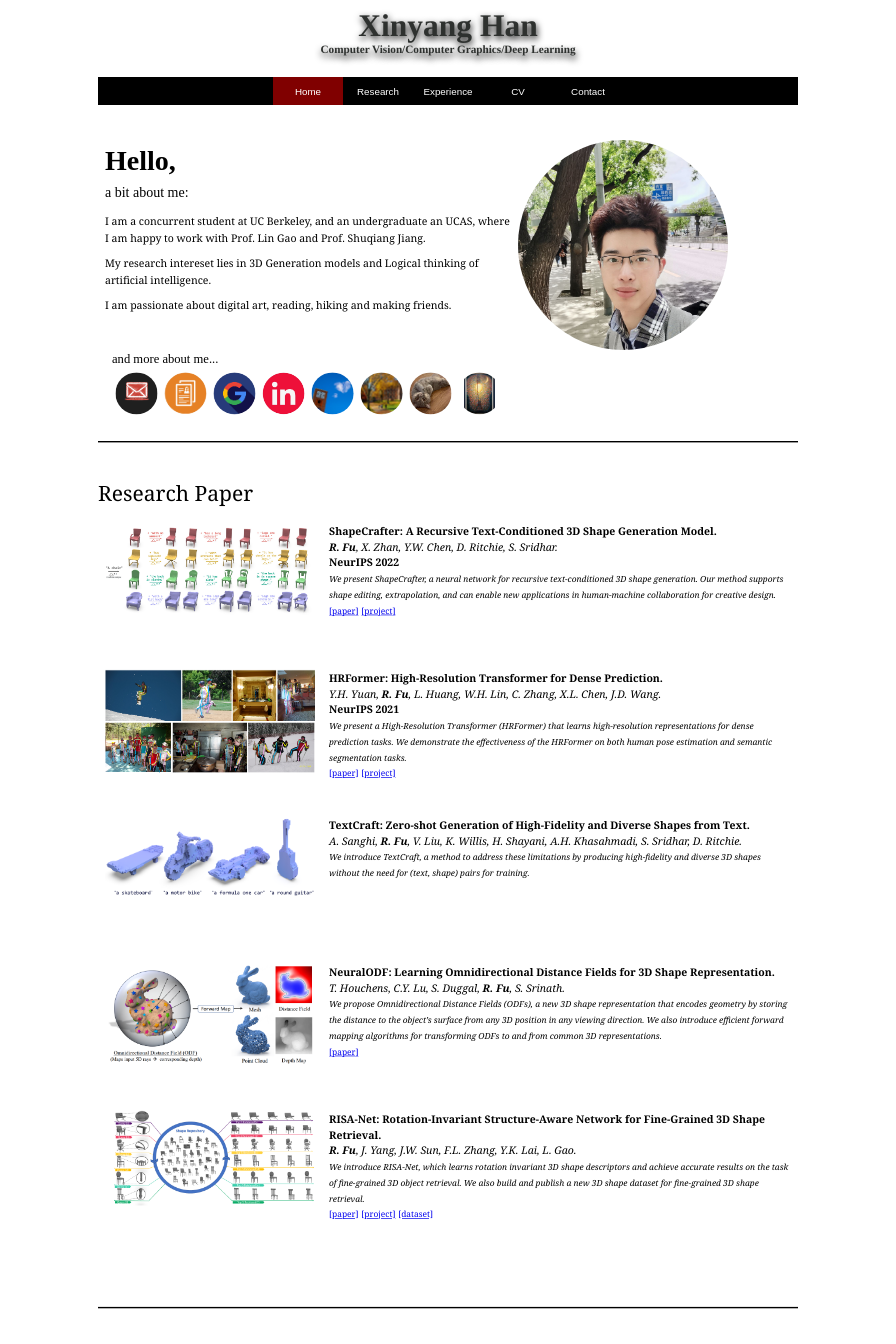
Repository: XinyangHan/XinyangHan.github.io
Page: index.html
These files come from the project's save history. The page is drawn as it stood at one moment and after the next save; the edit follows.
The browser window is 1280 px wide. The pictures show the part of the page from y = 0 to 1920 px (the page is 4103 px tall), at 70% of full size.

Above is the page before, as saved 2023-02-11 13:17:25.

### index.html
<!DOCTYPE html>
<html>

<head>
	<meta charset="utf-8">
	<meta name="keywords" content="Rao FU, Rao FU, Rao Fu Homepage, Rao Fu Webpage, Rao Fu UCAS, Rao Fu Brown">
	<meta name="description" content="Rao FU's homepage">
	<meta name="viewport" content="width=device-width, initial-scale=1">
	<title>Rao FU | Homepage</title>
	<link href="style.css" rel="stylesheet" />
	<style>
	</style>



</head>

<body>
<!-------------------------------------------------- Header -------------------------------------------------->
<div id="header">
	<h1> Xinyang Han </h1>
	<h2>Computer Vision/Computer Graphics/Deep Learning</h2>
</div><!-- Header -->

<!-------------------------------------------------- Navbar -------------------------------------------------->
<div id="nav-wrapper">
<div id="nav">
			<button class="btn active" onclick="window.location.href = './index.html#content_home';">Home</button>
			<button class="btn" onclick="window.location.href = './index.html#content_project';">Research</button>
			<button class="btn" onclick="window.location.href = './index.html#content_exp';">Experience</button>
			<button class="btn" onclick="window.location.href = './resource/My_CV.pdf'; target='_blank'; ">CV</button>
			<button class="btn" onclick="window.location.href = './index.html#c_contact_biography';">Contact</button>
			<!-- <a href="./index.html#content_home" class="active">Home</a>  -->
			<!-- <a href="./index.html#content_project">Research</a> -->
			<!-- <a href="./index.html#content_exp">Experience</a> -->
			<!-- <a href="./resource/MY_CV.pdf">CV</a> -->
			<!-- <a href="./index.html#c_contact_biography">Contact</a> -->
</div> <!-- #nav -->
</div>

<!-------------------------------------------------- Script -------------------------------------------------->
<script>
	// Get the container element
	var btnContainer = document.getElementById("nav");

	// Get all buttons with class="btn" inside the container
	var btns = btnContainer.getElementsByClassName("btn");

	// Loop through the buttons and add the active class to the current/clicked button
	for (var i = 0; i < btns.length; i++) {
	btns[i].addEventListener("click", function() {
		var current = document.getElementsByClassName("active");
		current[0].className = current[0].className.replace(" active", "");
		this.className += " active";
	});
	}
</script>

<!-------------------------------------------------- Content Home-------------------------------------------------->
<div class="content"  id="content_home">

	<div class="c_home_wrapper">
		<div id="c_biography">
			<strong id="c_font1">Hello,</strong><br>
			<span class="c_font2">a bit about me:</span><br>
			<p class="c_font3">
				I am a concurrent student at UC Berkeley, and an undergraduate an UCAS, where I am happy to work with Prof. Lin Gao and Prof. Shuqiang Jiang.
			</p>
			<p class="c_font3">
				My research intereset lies in 3D Generation models and Logical thinking of artificial intelligence.
			</p>
			<p class="c_font3">
				I am passionate about digital art, reading, hiking and making friends.
			</p>
		</div>

		<div id="c_profile">
			<div class="c_thumbnail">
				<img src="img/selfie.jpg" id="buttons" alt="profile_button" >
				<div class="overlay">
					<p>
						勿戳！<br>
						Don't poke my cheeks!<br>
						¡no me toques las mejillas! <br>
						मेरे गाल मत दबाओ! <br>
						আমার গালে খোঁচা দিও না! <br>
						não cutuque minhas bochechas! <br>
						не тыкай меня в щеки! <br>
						私の頬をつつかないで！ <br>
						ਮੇਰੀਆਂ ਗੱਲ੍ਹਾਂ ਨੂੰ ਨਾ ਮਾਰੋ! <br>
						唔好戳我嘅脸颊！<br>
						đừng chọc má tôi!<br>
						నా బుగ్గలు కుట్టకు!<br>
						yanaklarımı dürtme!<br>
						내 뺨을 찌르지 마! <br>
						ne touchez pas mes joues!<br>
						stoß mir nicht in die Wangen!<br>
						என் கன்னங்களை குத்தாதே!<br>
						میرے گالوں کو مت مارو!<br>
						ojo nyocot pipiku!<br>
						non toccarmi le guance!<br>
						لا تكز خدي!<br>
					</p>
				</div>
			</div>
		</div>

		<div id="c_info">
			<!-- <strong id="c_font4">And more</strong><br>
			<strong id="c_font4">about me</strong><br> -->
			<span class="c_font2_1"> and more about me... </span><br>
			<!-- CONTENT TODO -->
			<div class="thumbnail">
				<img src="img/email_icon.jpg" id="button0" alt="email_button" >
				<div class="overlay" onclick="window.location.href = 'mailto:rao_fu@brown.edu';" >
					<p>Email to<br>Say Hi</p>
				</div>
			</div> <!-- .thumbnail -->


			<div class="thumbnail">
				<img src="img/cv_icon.jpg" id="button1" alt="cv_button" >
				<div class="overlay"  onclick="window.location.href='./resource/My_CV.pdf'; " >
					<p>CV/<br>Resume</p>
				</div>
			</div> <!-- .thumbnail -->

			<div class="thumbnail">
				<img src="img/gs_icon.png" id="button2" alt="google_button" >
				<div class="overlay" onclick="window.location.href = 'https://scholar.google.com/citations?hl=en&user=VWMWQEcAAAAJ';" >
					<p>Google<br>Scholar</p>
				</div>
			</div> <!-- .thumbnail -->

			<div class="thumbnail">
				<img src="img/linkedin_icon.png" id="button3" alt="lkin_icon" >
				<div class="overlay" onclick="window.location.href = 'https://www.linkedin.com/in/rao-fu-245269210/';" >
					<p>LinkedIn<br>Profile</p>
				</div>
			</div> <!-- .thumbnail -->

			<div class="thumbnail">
				<img src="img/ucas_button.png" id="button4" alt="ucas_button" >
				<div class="overlay" onclick="window.location.href = 'https://en.wikipedia.org/wiki/University_of_the_Chinese_Academy_of_Sciences/';" >
					<p>B.E.@<br>UCAS</p>
				</div>
			</div> <!-- .thumbnail -->

			<div class="thumbnail">
				<img src="img/Brown_icon.jpg" id="button5" alt="brown_button">
				<div class="overlay" onclick="window.location.href = 'https://www.usc.edu/';" >
					<p>Ph.D.@<br>Brown
					</p>
				</div>
			</div> <!-- .thumbnail -->

			<div class="thumbnail">
				<img src="img/cat_icon.jpg" id="button6" alt="cat_button">
				<div class="overlay" onclick="window.location.href = 'https://instagram.com/inocchi_mew?r=nametag';" >
					<p>My Cat<br>Inocchi
					</p>
				</div>
			</div> <!-- .thumbnail -->

			<div class="thumbnail">
				<img src="img/art_icon.jpg" id="button6" alt="art_button">
				<div class="overlay" onclick="window.location.href = './index.html#content_home';" >
					<p>Arts<br>Todo...</p>
				</div>
			</div> <!-- .thumbnail -->

		</div>
	</div><!-- Home Wrapper-->

	<div class="clearfloat"></div>
</div><!-- Content Home-->

<!-------------------------------------------------- Content Project -------------------------------------------------->
<div class="content">

	<div class="c_public_wrapper" id="content_project">
		<div class="c_font1_1">Research Paper</div>
		<div class="c_public">
			<div class="disp_wrapper">
				<!-- <a href="./img/HRFormer.png" data-lightbox="project1" data-title="HRFormer2 Structure"> -->
					<img src="./img/project_shapecrafter.jpg" class="project_img" title="ShapeCrafter Structure">
				<!-- </a> -->
				<!-- <p class="small_font">click image for details</p> -->
			</div>
			<strong>ShapeCrafter: A Recursive Text-Conditioned 3D Shape Generation Model.</strong>
			<br><em><strong>R. Fu</strong>, X. Zhan, Y.W. Chen, D. Ritchie, S. Sridhar. </em>
			<br><strong>NeurIPS 2022</strong></em>
			<br><em class="small_font">We present ShapeCrafter, a neural network for recursive text-conditioned 3D shape generation.
				Our method supports shape editing, extrapolation, and can enable new applications in human-machine collaboration for creative design.</em>
			<br><a href="https://arxiv.org/abs/2207.09446" class="small_font">[paper]</a>
			<a href="https://ivl.brown.edu/projects/shapecrafter" class="small_font">[project]</a>
		</div>

		<div class="c_public">
			<div class="disp_wrapper">
				<!-- <a href="./img/project_hrformer.png" data-lightbox="project1" data-title="HRFormer2 Structure"> -->
					<img src="./img/project_hrformer.png" class="project_img" title="HRFormer2 Structure">
				<!-- </a> -->
				<!-- <p class="small_font">click image for details</p> -->
			</div>
			<strong>HRFormer: High-Resolution Transformer for Dense Prediction.</strong>
			<br><em>Y.H. Yuan, <strong>R. Fu</strong>, L. Huang, W.H. Lin, C. Zhang, X.L. Chen, J.D. Wang. </em>
			<br><strong>NeurIPS 2021</strong></em>
			<br><em class="small_font">We present a High-Resolution Transformer (HRFormer) that learns high-resolution
				representations for dense prediction tasks. We demonstrate the effectiveness
				of the HRFormer on both human pose estimation and semantic segmentation tasks.</em>
			<br><a href="https://arxiv.org/abs/2110.09408" class="small_font">[paper]</a>
			<a href="https://github.com/HRNet/HRFormer" class="small_font">[project]</a>
		</div>

		<div class="c_public">
			<div class="disp_wrapper">
				<!-- <a href="./img/HRFormer.png" data-lightbox="project1" data-title="HRFormer2 Structure"> -->
					<img src="./img/project_textcraft.png" class="project_img" title="TextCraft Structure">
				<!-- </a> -->
				<!-- <p class="small_font">click image for details</p> -->
			</div>
			<strong>TextCraft: Zero-shot Generation of High-Fidelity and Diverse Shapes from Text.</strong>
			<br><em>A. Sanghi, <strong>R. Fu</strong>, V. Liu, K. Willis,  H. Shayani, A.H. Khasahmadi, S. Sridhar, D. Ritchie. </em>
			<!-- <br><strong>CoRR</strong></em> -->
			<br><em class="small_font">We introduce TextCraft, a method to address these limitations by producing high-fidelity
				and diverse 3D shapes without the need for (text, shape) pairs for training.</em>
			<!-- <br><a href="https://arxiv.org/pdf/2206.05837" class="small_font">[paper]</a> -->
		</div>

		<div class="c_public">
			<div class="disp_wrapper">
				<!-- <a href="./img/HRFormer.png" data-lightbox="project1" data-title="HRFormer2 Structure"> -->
					<img src="./img/project_odf.jpg" class="project_img" title="ODF Structure">
				<!-- </a> -->
				<!-- <p class="small_font">click image for details</p> -->
			</div>
			<strong>NeuralODF: Learning Omnidirectional Distance Fields for 3D Shape Representation.</strong>
			<br><em>T. Houchens, C.Y. Lu, S. Duggal, <strong>R. Fu</strong>, S. Srinath. </em>
			<!-- <br><strong>CoRR</strong></em> -->
			<br><em class="small_font">We propose Omnidirectional Distance Fields (ODFs), a new 3D shape representation
				that encodes geometry by storing the distance to the object’s surface from any 3D position in any
				viewing direction. We also introduce efficient forward mapping algorithms for transforming ODFs to and
				from common 3D representations.</em>
			<br><a href="https://arxiv.org/pdf/2206.05837" class="small_font">[paper]</a>
		</div>

		<div class="c_public">
				<div class="disp_wrapper">
					<!-- <a href="./img/project_risanet.png" data-lightbox="project1" data-title="RISA-Net Structure"> -->
						<img src="./img/project_risanet.png" class="project_img" title="RISA-Net Structure">
					<!-- </a> -->
					<!-- <p class="small_font">click image for details</p> -->
				</div>
				<strong>RISA-Net: Rotation-Invariant Structure-Aware Network for Fine-Grained 3D Shape Retrieval.</strong>
				<br><em><strong>R. Fu</strong>, J. Yang, J.W. Sun, F.L. Zhang, Y.K. Lai, L. Gao. </em>
				<!-- <br><em>CoRR </em> -->
				<br><em class="small_font">We introduce RISA-Net, which learns rotation invariant
					3D shape descriptors and achieve accurate results on the task of fine-grained 3D object retrieval. We also build and publish
					a new 3D shape dataset for fine-grained 3D shape retrieval.</em>
				<br><a href="https://arxiv.org/abs/2010.00973" class="small_font">[paper]</a>
				<a href="https://github.com/IGLICT/RisaNET" class="small_font">[project]</a>
				<a href="https://drive.google.com/drive/folders/1BpwtlhrYfR5xGcXGoYFjo9bQFtw4nFvP" class="small_font">[dataset]</a>

		</div>
	</div>
	<div class="clearfloat"></div>
</div><!-- Content Project-->

<!-------------------------------------------------- Content Experiment-------------------------------------------------->
<div class="content">

	<div class="c_education_wrapper" id="content_exp">
		<div class="c_font1_1">Education</div>

		<div class="c_education">
			<strong>BROWN UNIVERSITY</strong>
			<em class="dates">Sept.2021 – Present</em>
			<div class="clearfloat"></div>
			<div class="logo_wrapper">
				<img class="schoollogo" src="./img/brown_logo.png" alt="BROWN Logo" />
			</div>
			<ul>
			<li>Title: Computer Science Ph.D. Student</li>
			<li>Concentration: Vision, Graphics and Robotics</li>
			</ul>
		</div>

		<div class="c_education">
			<strong>UNIVERSITY OF CHINESE ACADEMY OF SCIENCES</strong>
			<em class="dates">Sept. 2017-Jul. 2021</em>
			<div class="clearfloat"></div>
			<div class="logo_wrapper">
				<img class="schoollogo" src="./img/cas_logo.jpg" alt="CAS Logo" />
			</div>
			<ul>
			<li>Degree: Bachelor of Computer Science.</li>
			<li>GPA: 3.72/4.00.</li>
			<li>Core GPA: 3.82/4.00.</li>
			<li><em>Outstanding Thesis Awards.</em> </li>
			<li><em></em>National Inspirational Scholarship(5%).</em></li>
			</ul>
		</div>

		<div class="c_education">
			<strong>UNIVERSITY OF SOUTHERN CALIFORNIA</strong>
			<em class="dates">Jan. 2020-May. 2020</em>
			<div class="clearfloat"></div>
			<div class="logo_wrapper">
				<img class="schoollogo" src="./img/usc_logo.png" alt="USC Logo" />
			</div>
			<ul>
			<li>Title: Visiting Student.</li>
			<li>GPA: 4.00/4.00.</li>
			</ul>

		</div>

		<div class="c_education">
			<strong>BEIJING NATIONAL DAY SCHOOL</strong>
			<em class="dates">Sept. 2011-Jul. 2017</em>
			<div class="clearfloat"></div>
			<div class="logo_wrapper">
				<img class="schoollogo" src="./img/bnds_logo.png" alt="USC Logo" />
			</div>
			<ul>
			<li>Title: Student.</li>
			<li>GPA: 3.9/4.0.</li>
			</ul>

		</div>
	</div>

	<div class="c_intern_wrapper">
		<div class="c_font1_1">Employment</div>

		<div class="c_intern">
			<strong>Research intern: Autodesk Inc.</strong>
				<em class="dates">May. 2022 – Present</em>
			<br><br><em>Group: AI Lab</em><em class="dates">Toronto, Canada</em>
			<ul>
				<li>Research on Lauguage-guided 3D Shape Generation.</li>
			</ul>
		</div>

		<div class="c_intern">
			<strong>Research intern: Microsoft Research, Asia</strong>
				<em class="dates">Mar. 2021 – July. 2021</em>
			<br><br><em>Group: Speech Group, Visual Computing Group</em><em class="dates">Beijing, China</em>
			<ul>
				<li>Research on High-Resolution Machine Perception Backbone</li>
			</ul>
		</div>

		<div class="c_intern">
			<strong>Research intern: University of California, San Diego</strong>
				<em class="dates">May. 2020 – Nov. 2020</em>
			<br><br><em>Advisor: Prof. Hao Su.</em><em class="dates">San Diego, CA, USA</em>
			<ul>
				<li>Research on Robot Grasping with Two-Finger Grippers.</li>
				<li>Research on Humanoid Robot Grippers.</li>
			</ul>
		</div>

		<div class="c_intern">
				<strong>Research intern: Institute of Computing Technology, CAS.</strong>
					<em class="dates">Jul. 2019 – Nov. 2020</em>
				<br><br><em>Advisor: Prof. Lin Gao</em> <em class="dates">Beijing, China</em>
				<ul>
					<li>Research on Fine-grained 3D Shape Retrieval.</li>
					<li>Research on Talking Head Generation.</li>
				</ul>
		</div>
	</div>

	<div class="clearfloat"></div>

</div><!-- Content Experiment-->

<!-------------------------------------------------- Content Contact-------------------------------------------------->
<div class="content">
	<div class="c_contact_wrapper">
	<!-- 	<div id="c_contact_biography">
			<span class="c_font1_1">Contact me:</span><br>
			<p class="c_font3">
			Email: <a href="mailto:rao_fu@brown.edu">rao_fu@brown.edu</a>
			</p>
			<p class="c_font3">
			Mail: Brown University Box 1910, Providence, RI 02912
			</p>
		</div> -->

		<div id="c_contact_profile">
			<span class="c_font1_1">Buy me a Boba:</span><br>
			<p class="c_font3">
			If you like my homepage and think it's useful, welcome to buy me a Boba via Wechat or Paypal down here:
			</p>
			<div id="c_contact_thumbnail_1">
			</div>
			<div id="c_contact_thumbnail_2">
			</div>
		</div>

		<div class="clearfloat"></div>
	</div><!-- Content Contact Wrapper-->
</div><!-- Content Contact -->


<div class="clearfloat"></div>
<!-------------------------------------------------- Footer -------------------------------------------------->
<div id="footer">
	<!-- <div class="b_thumbnail">
		<img class="b_img" src="img/i3.png" alt="email">
	</div>
	<div class="b_font">
		<a href="mailto:rao_fu@brown.edu">rao_fu@brown.edu</a>
	</div>
	<div class="b_thumbnail">
		<img class="b_img" src="img/i4.png" alt="git">
	</div>
	<div class="b_font">
		<a href="https://github.com/freddierao">github.com/freddierao</a>
	</div>	 -->
	<div class="b_thumbnail">
		<img class="b_img" src="img/i2.png" alt="copyright">
	</div>
	<div class="b_font">
		&copy; 2022 by Rao FU
	</div>
	<div class="clearfloat"></div>
</div><!-- Footer -->
<script>
window.onscroll = function() {myFunction()};

var navbar = document.getElementById("nav-wrapper");
var sticky = navbar.offsetTop;

function myFunction() {
  if (window.pageYOffset >= sticky) {
    navbar.classList.add("sticky")
  } else {
    navbar.classList.remove("sticky");
  }
}
</script>
</body>
</html>

Loaded but not shown: style.css (556 lines, source omitted)

After the next save:
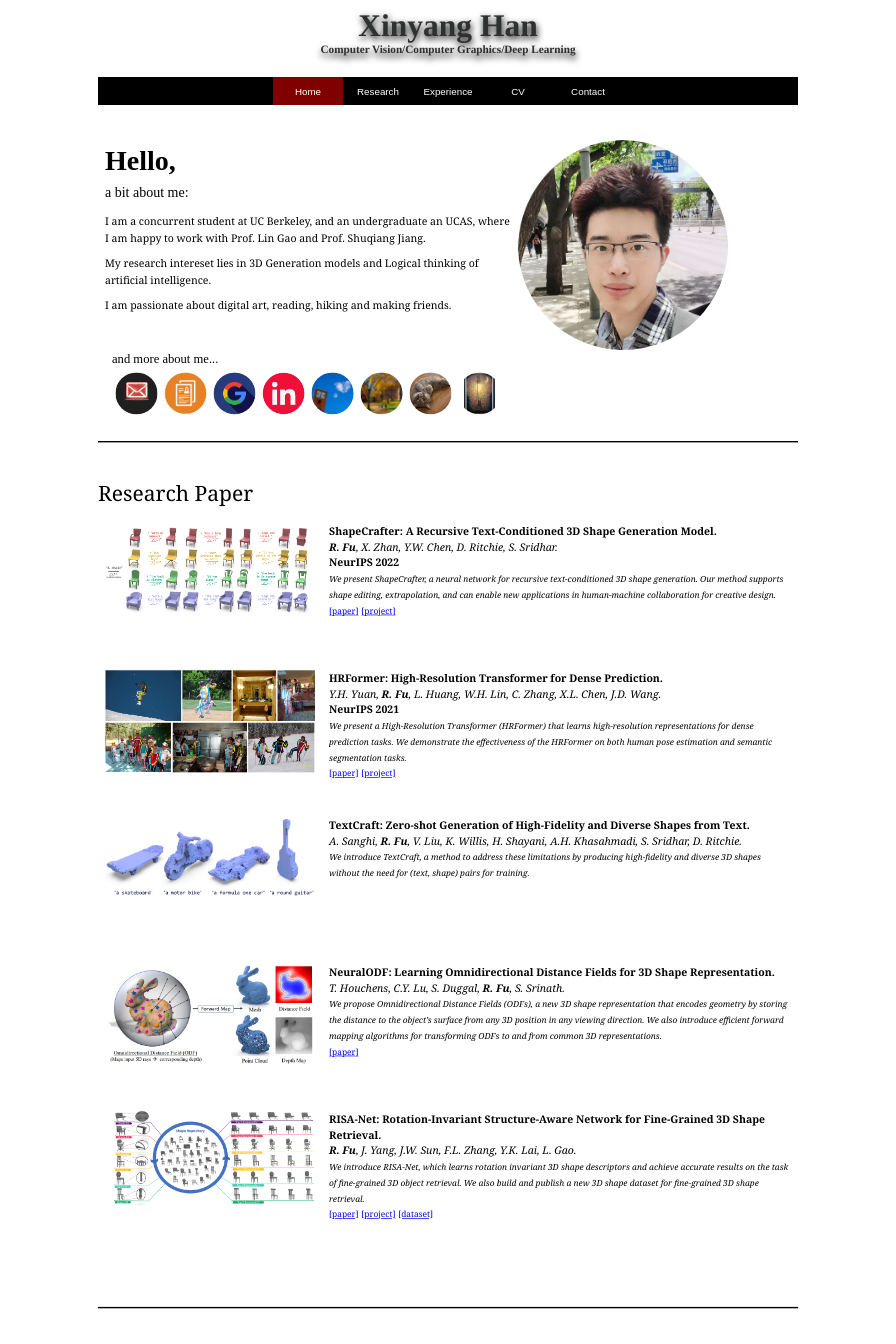
Saved 79 s later.
--- a/index.html
+++ b/index.html
@@ -76,7 +76,7 @@
 
 		<div id="c_profile">
 			<div class="c_thumbnail">
-				<img src="img/selfie.jpg" id="buttons" alt="profile_button" >
+				<img src="img/round_profile.png" id="buttons" alt="profile_button" >
 				<div class="overlay">
 					<p>
 						勿戳！<br>
